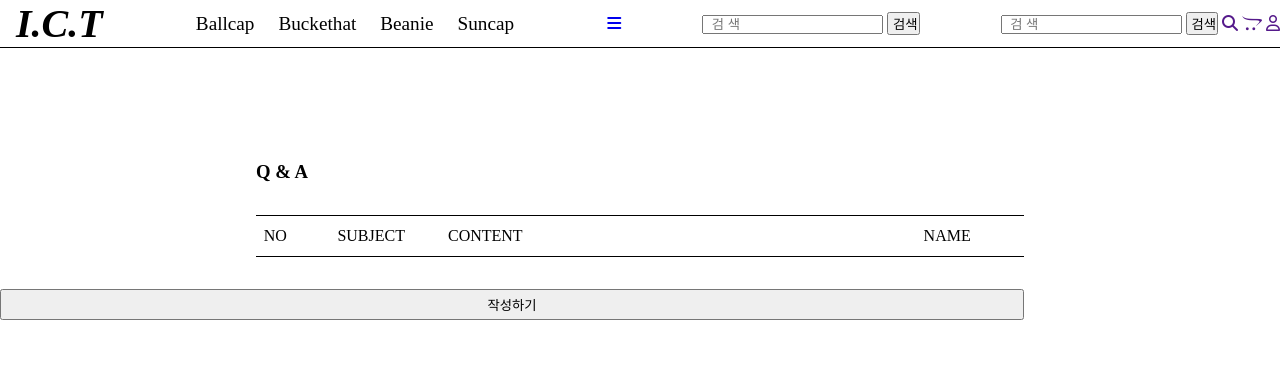
Repository: Developer120000/project1
Page: http://localhost/project1/productpage/q_a.jsp
These files come from the project's save history. The page is drawn as it stood at one moment and after the next save; the edit follows.
The browser window is 1280 px wide. The pictures show the whole page.
Some web libraries are served in a nearby version. The page is served by Tomcat 9.

Above is the page before, as saved 2024-03-19 09:33:40.
Console error: SyntaxError: Identifier 'hamburger' has already been declared

### project1/src/main/webapp/productpage/q_a.jsp
<%@ page language="java" contentType="text/html; charset=UTF-8"
    pageEncoding="UTF-8"%>
<!DOCTYPE html>
<html>
<head>
<meta charset="UTF-8">
<meta name="viewport" content="width=device-width, initial-scale=1">
<title>payment</title>
<%@ include file="header.jsp" %>
<link rel="stylesheet" href="../css/header.css">
<script src="../js/header.js" defer></script>
<link rel="stylesheet" href="../css/q_a.css">
</head>
<body>
	<div class="qcontainer">
		<div class="qwrapper">
			<h3 class="qtitle">Q & A</h3>
			<ul class="qau">
				<li class="qal q1">NO</li>
				<li class="qal q1">SUBJECT</li>
				<li class="qal">CONTENT</li>
				<li class="qal q1">NAME</li>
			</ul>
		</div>
		<p class="ppay">
			<input type="submit" class="qwrite" value="작성하기">
		</p>
	</div>
</body>
</html>

### project1/src/main/webapp/productpage/header.jsp
<%@ page language="java" contentType="text/html; charset=UTF-8"
    pageEncoding="UTF-8"%>
<!DOCTYPE html>
<html>
<head>
<meta charset="UTF-8">
<meta name="viewport" content="width=device-width, initial-scale=1.0">
<title>I.C.T</title>
<script src="https://kit.fontawesome.com/80123590ac.js" crossorigin="anonymous"></script>
<link rel="stylesheet" href="../css/header.css">
<script src="../js/header.js" defer></script>
<!-- <script defer src="js 파일 위치"></script> -->
</head>
<body>
	<header id="header">
		<div class="wrapper">
			<p class="title">
				<a href="">I.C.T</a>
			</p>
			<ul class="category">
				<li><a href="">Ballcap</a></li>
				<li><a href="">Buckethat</a></li>
				<li><a href="">Beanie</a></li>
				<li><a href="">Suncap</a></li>
			</ul>
			<a href="#" class="hamburger">
				<i class="fa-solid fa-bars"></i>
			</a>
			<form class="item2" onsubmit="return false">
				<input type="text" class="searchbar2" type="text" placeholder="&nbsp;&nbsp;검 색">
				<button class="res2">&nbsp;검색</button>
			</form>
			<form class="item" onsubmit="return false">
				<input type="text" class="searchbar1" type="text" placeholder="&nbsp;&nbsp;검 색">
				<button class="res1">&nbsp;검색</button>
				<a href="" class="b1 a1"><i class="fa-solid fa-magnifying-glass"></i></a>
				<a href="" class="b2 a1"><i class="fa-brands fa-opencart"></i></a>
<!-- 				<i class="fa-solid fa-cart-shopping"></i> -->
				<a href="" class="b3 a1"><i class="fa-regular fa-user"></i></a>
			</form>
		</div>
	</header>

</body>
</html>

### project1/src/main/webapp/css/header.css
@charset "UTF-8";
*{margin: 0px; }
#header{

/* 	height: 4.06rem; */
}
.wrapper{
	width: 100%;
	position: fixed;
	display: flex;
	justify-content: space-between;
	align-items: center;
	background-color: white;
	border-bottom: 1px solid black;
	z-index: 5;
}
.title a{
	text-decoration: none;
	font-size: 2.5rem;
	font-weight: bold;
	margin-left: 1rem;
	color: black;
	font-style: italic;
	display: inline-block;
}
.category{
	display: flex;
/* 	margin-right: 50%; */
	list-style: none;
}
.category li{
	padding: 8px 12px;
}
li a{
/* 	margin-right: 1.0rem; */
	font-size: 1.2rem;
	text-decoration: none;
}
li a:visited {color: black;}
li a:hover {text-decoration: underline;}

.search{
	display: flex;
	padding-left: 0;

/* 	width: 60%; */
/* 	text-align: right; */
}
.searchbar{
/* 	width: 30%; */
/* 	margin-right: 5px;  */
	padding: 5px;
}
.a1{
/* 	margin-right: 10%; */
}
.icon{display: none;}


@media screen and (max-width:600px){
	.wrapper{
		flex-direction: column;
		align-items: flex-start;
		padding: 8px 24px;
	}
	.category{
		display: none;
		flex-direction: column;
		align-items: center;
		width: 100%;
	}
	.category li a{
		width: 100%;
		text-align: center;
	}
	.search{
		display: none;
		justify-content: center;
		width: 100%;
	}
	.icon{
		display: block;
	}
}

@media screen and (max-width:1138px){


}


@media screen and (max-width:800px){


}

/* 1015px 이하 - suncap 사라짐 */
@media screen and (max-width:590px){

	.header_second #s4{display: none;}
}

### project1/src/main/webapp/css/q_a.css
@charset "UTF-8";
*{margin: 0px; padding: 0px; box-sizing: border-box;}

.qcontainer{
	padding-top: 4.06rem;
	width: 100%;
}
.qwrapper{
	display: flex;
	justify-content: center;
	flex-direction: column;
	align-items: center;
	width: 100%;
}
.qau{
	width: 60%;
	display: grid;
	grid-template-columns: 5% 20% 55% 20%;
	list-style: none;
/* 	border-top: 1px solid black; */
	border-bottom: 1px solid black;
	padding: 0.7rem 0;

}
.qtitle{
	width: 60%;
	margin-top: 6rem;
	padding-bottom: 2rem;
	border-bottom: 1px solid black;
}
.q1{
	text-align: center;
}
.qwrite{
	width: 80%;
	height: 1.9rem;
	display: flex;
    justify-content: flex-end;
    margin: 2rem 0;
}
.qwrite1{
	min-width: 8rem;
	height: 100%;
	background-color: black;
	color: white;
	border: none;
	cursor: pointer;
}

### project1/src/main/webapp/js/header.js
const hamburger = document.querySelector('.hamburger');
const category = document.querySelector('.category');

hamburger.addEventListener('click', () => {
    category.classList.toggle('active');
})

document.addEventListener('click', (e) => {
    if (!category.contains(e.target) && !hamburger.contains(e.target)) {
        category.classList.remove('active');
    }
})


const b1 = document.querySelector('.b1');
const searchbar2 = document.querySelector('.searchbar2');
const res2 = document.querySelector('.res2');

b1.addEventListener('click', (e) => {
	e.preventDefault();
//	e.stopPropagation();
    searchbar2.classList.toggle('active');
    res2.classList.toggle('active');
})

document.addEventListener('click', (e) => {
    if (!searchbar2.contains(e.target) && !res2.contains(e.target) && !b1.contains(e.target)) {
        searchbar2.classList.remove('active');
    }
})

document.addEventListener('click', (e) => {
    if (!res2.contains(e.target) && !searchbar2.contains(e.target) && !b1.contains(e.target)) {
        res2.classList.remove('active');
    }
})


//const b2 = document.querySelector('.b2');
//const b3 = document.querySelector('.b3');
//
//hamburger.addEventListener('click', () => {
//    b2.classList.toggle('active');
//    b3.classList.toggle('active');
//})
//
//document.addEventListener('click', (e) => {
//    if (!hamburger.contains(e.target) && !b2.contains(e.target) && !b3.contains(e.target) && !category.contains(e.target)) {
//		category.classList.remove('active');
//        b2.classList.toggle('active');
//    	b3.classList.toggle('active');
//    }
//})

After the next save:
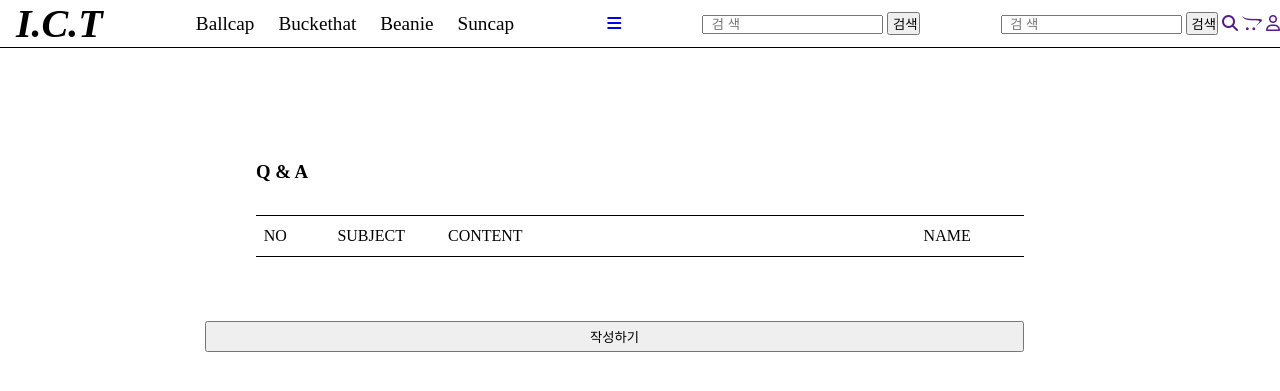
Saved 2 min 36 s later.
--- a/project1/src/main/webapp/productpage/q_a.jsp
+++ b/project1/src/main/webapp/productpage/q_a.jsp
@@ -22,7 +22,7 @@
 				<li class="qal q1">NAME</li>
 			</ul>
 		</div>
-		<p class="ppay">
+		<p class="qwrite">
 			<input type="submit" class="qwrite" value="작성하기">
 		</p>
 	</div>
